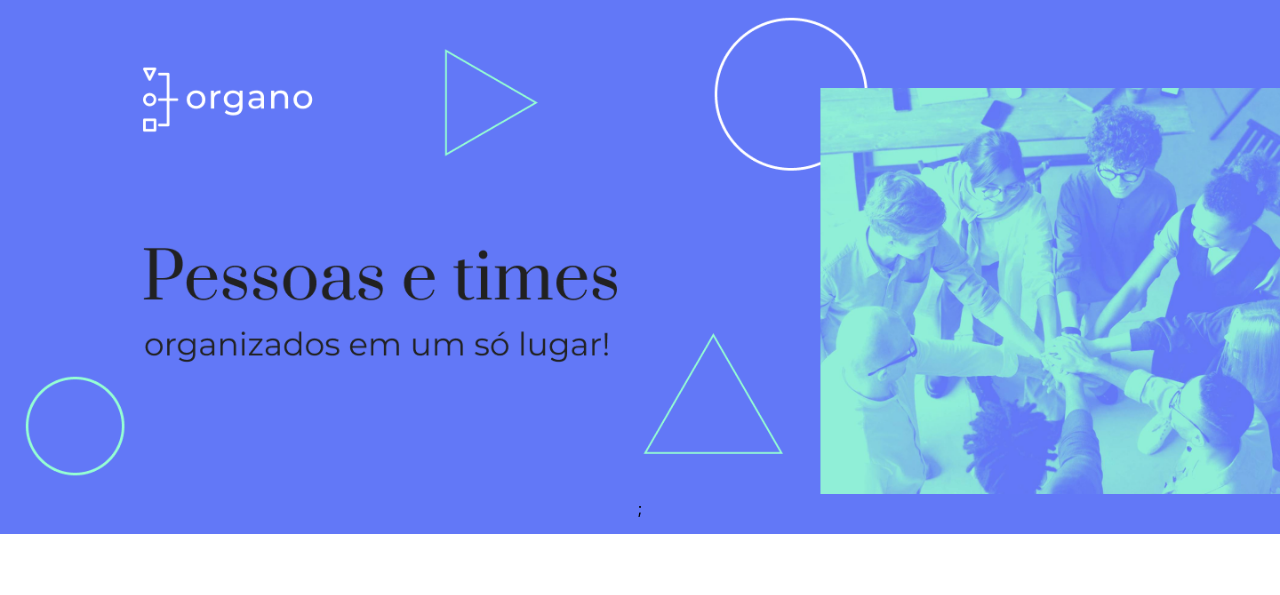
Repository: guilhermecardoso93/organo
Page: /
An editor plug-in stored every save of this project. The page is shown before and after the next save, followed by the edit.
The browser window is 1280 px wide. The pictures show the whole page.
The project was rebuilt for these pictures with package versions that can differ from the ones it lists, and the page was loaded fresh each time.

Above is the page before, as saved 2024-05-24 10:39:32.

### src/App.js
import { Banner } from "./components/Banner";

export default function App() {
  return (
    <div>
      <Banner />
    </div>
  );
}

### src/components/Banner/index.js
import BannerBackground from "../../assets/imagens/banner.png";
import "./styles.css";

export function Banner() {
  return (
    <header className="background-banner">
      <img src={BannerBackground} alt="Banner Principal da Página da Orgona" />;
    </header>
  );
}

### src/components/Banner/styles.css
.background-banner {
  background-color: #6278f7;
  text-align: center;
  padding-bottom: 1rem;
}

.background-banner img {
  max-width: 100%;
}

### src/components/Form/index.js
import { Input } from "../Input";

export function Form() {
  return (
    <Input />
  )
}

### src/components/Input/index.js
export function Input()  {
  return (
    <div>
      <label>Nome</label>
      <input />
    </div>
  )
}

Loaded but not shown: public/index.html (common file); src/index.js (common file); src/index.css (common file)

After the next save:
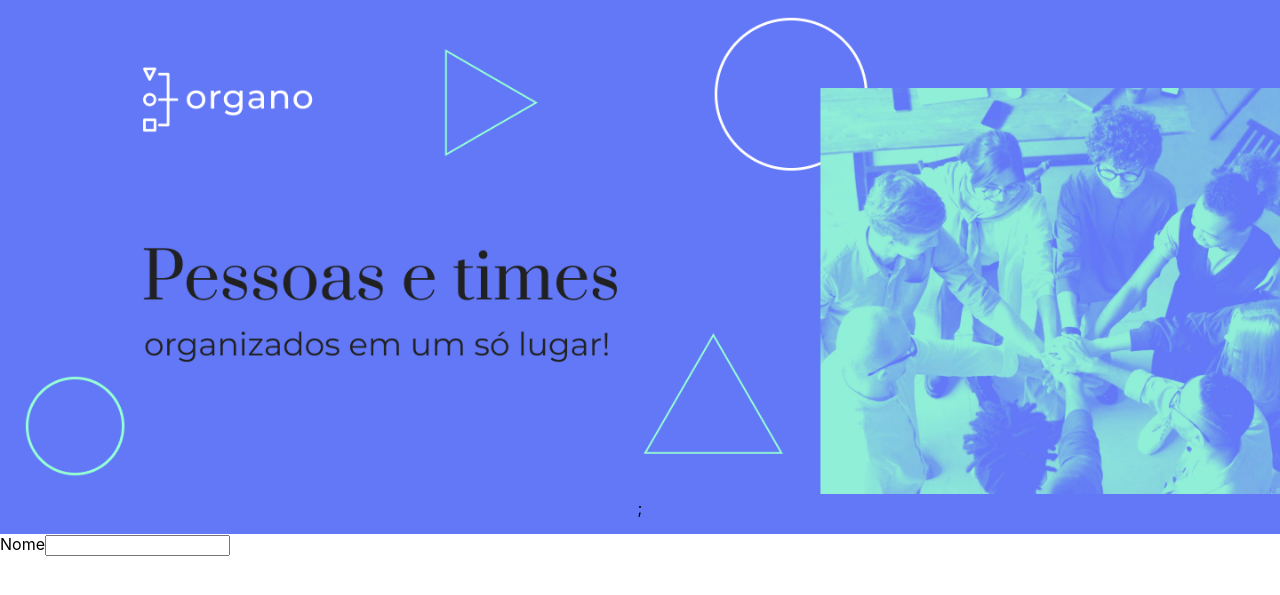
Saved 14 s later.
--- a/src/App.js
+++ b/src/App.js
@@ -1,9 +1,11 @@
 import { Banner } from "./components/Banner";
+import { Form } from "./components/Form";
 
 export default function App() {
   return (
     <div>
       <Banner />
+      <Form />
     </div>
   );
 }
